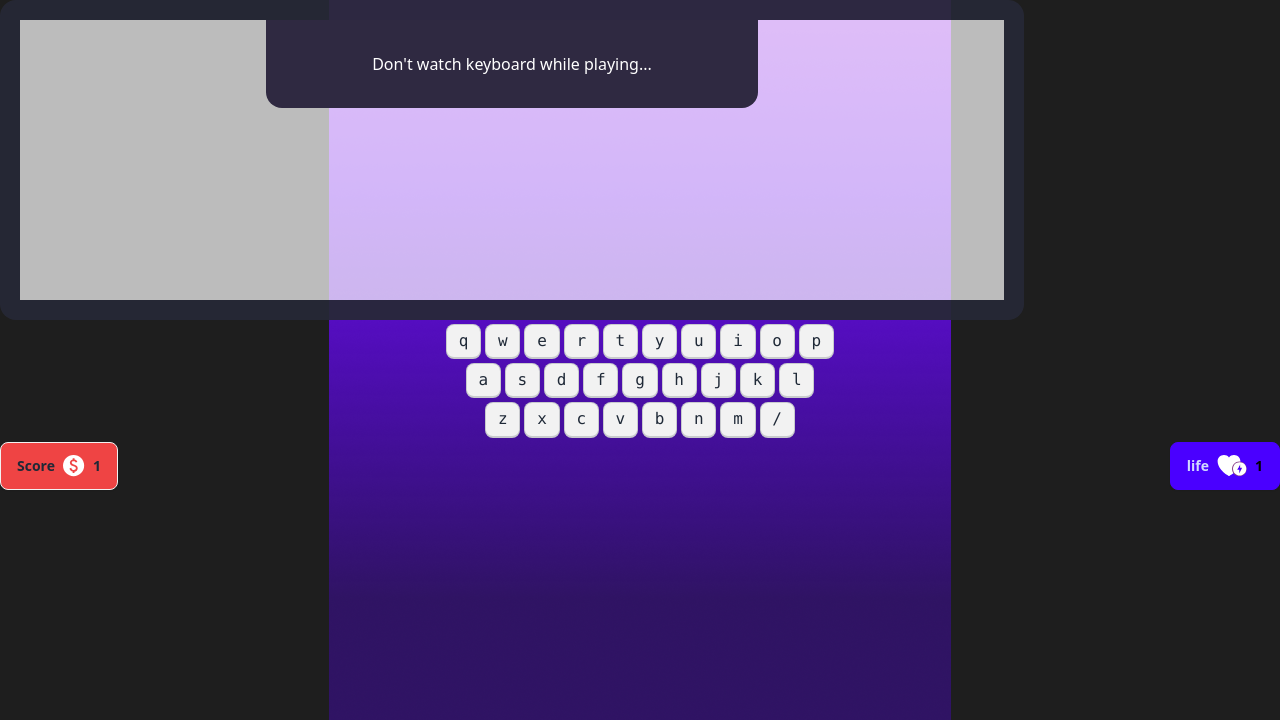
Repository: RudrasahaDibos/Alphabet-clash-
Page: index.html
An editor plug-in stored every save of this project. The page is shown before and after the next save, followed by the edit.
The browser window is 1280 px wide. The pictures show the whole page.
Some web fonts or font styles are not loaded; a fallback is used. Some web libraries are served in a nearby version.

Above is the page before, as saved 2024-11-04 12:26:43.

After the next save:
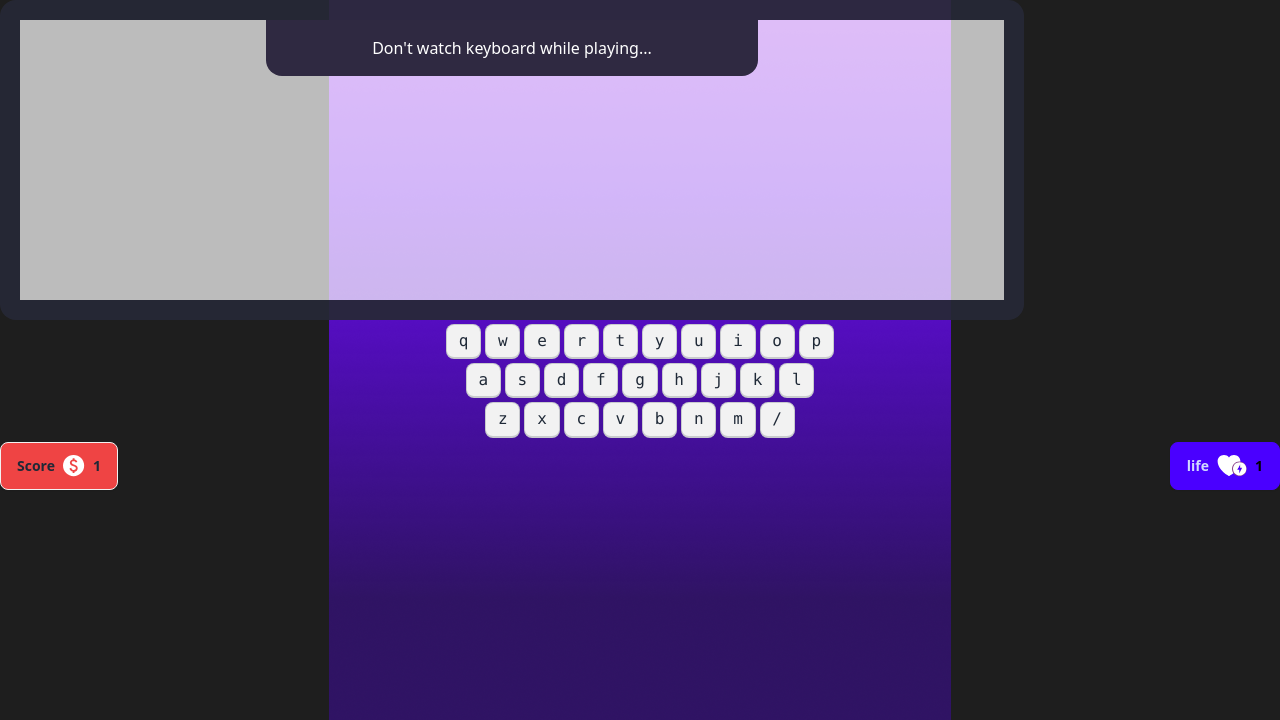
Saved 9 s later.
--- a/index.html
+++ b/index.html
@@ -34,7 +34,7 @@
                     <!-- display screen start here -->
                     <div class="artboard artboard-horizontal phone-6 border-[20px] border-[#010313CC] bg-[#FFFFFFB3] rounded-2xl">
                           <div class="flex justify-center ">
-                            <p class="text-white bg-[#2F2941] p-8 text-center rounded-b-2xl w-2/4">Don't watch keyboard  while playing...</p>
+                            <p class="text-white bg-[#2F2941] p-4 text-center rounded-b-2xl w-2/4">Don't watch keyboard  while playing...</p>
                           </div>
                     </div>
                      <!-- dispaly screen end here -->
